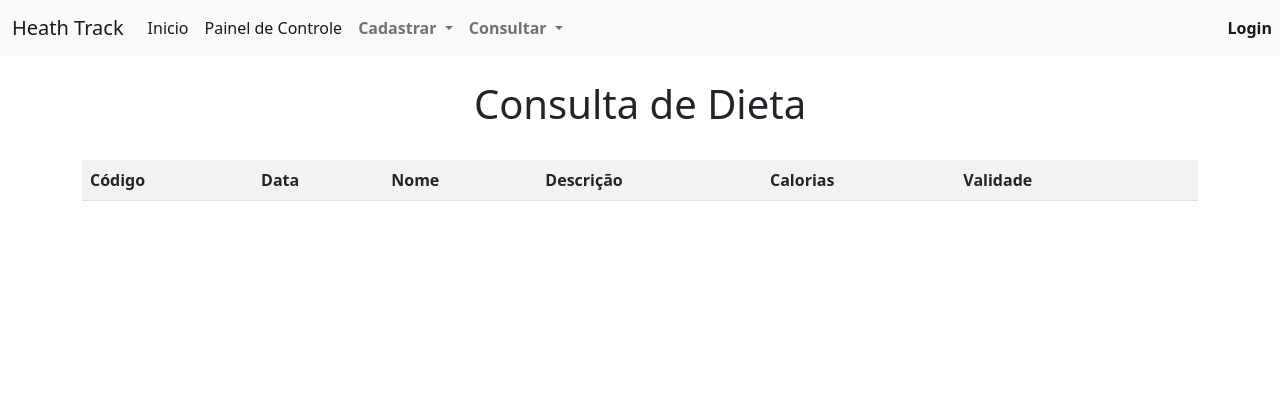
Repository: FellipySantos/HealthTrack_Finalizado
Page: http://localhost/JSPs/dieta?acao=listar
An editor plug-in stored every save of this project. The page is shown before and after the next save, followed by the edit.
The browser window is 1280 px wide. The pictures show the whole page.
The page is served by Tomcat 9. Queries for data that is not in the repository find no rows.

Above is the page before, as saved 2021-11-22 23:55:12.

After the next save:
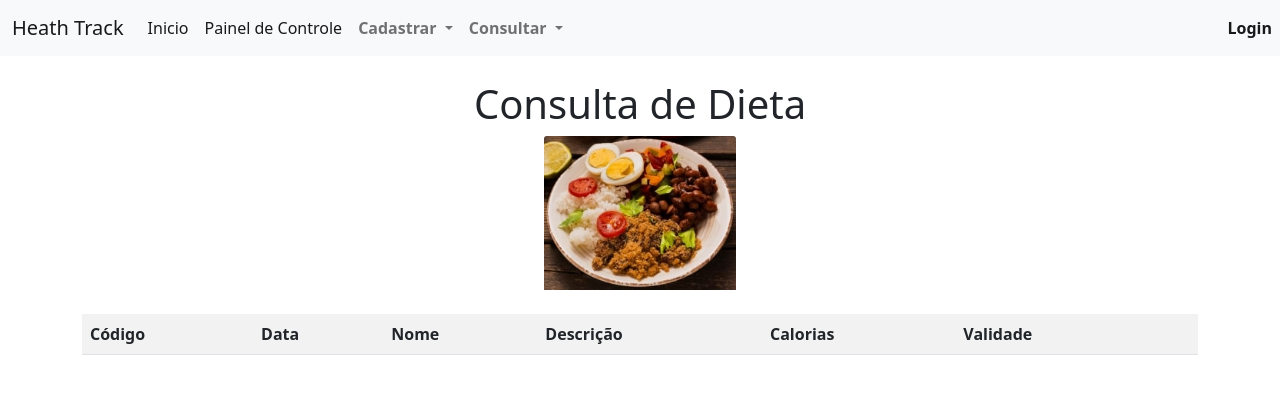
Saved 19 s later.
--- a/JSP/JSPs/WebContent/lista-dieta.jsp
+++ b/JSP/JSPs/WebContent/lista-dieta.jsp
@@ -15,6 +15,7 @@
 	<div class="container">
 	    <br>
 		<center><h1>Consulta de Dieta</h1></center>
+		<center> <img src="resources/img/card_imagem_1.jpg" class="card-img-top" alt="..."  style="width: 12rem;"></center>
 		<br>
 		<c:if test="${not empty msg }">
 			<div class="alert alert-success">${msg}</div>
